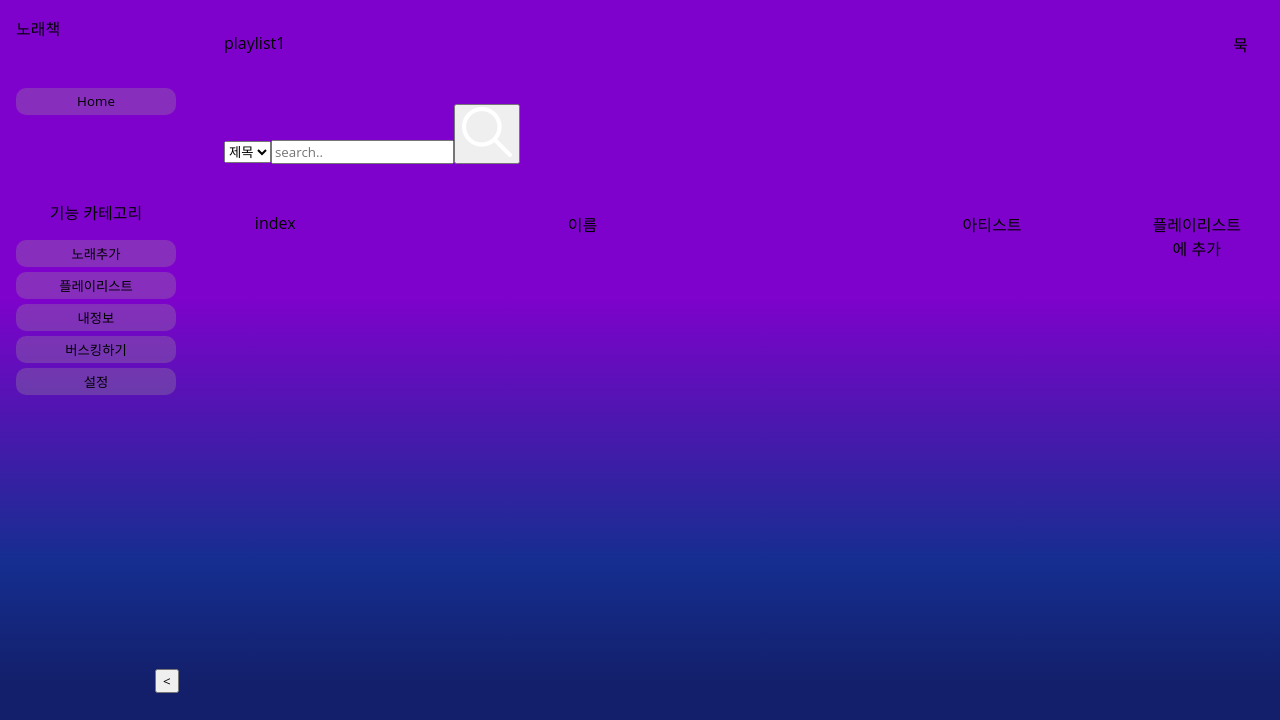
Repository: Unique0902/busking
Page: /app/add
The author's editor kept a copy of each file at every save. The page is drawn from the files as they stood at one save, then again after the next save.
The browser window is 1280 px wide. The pictures show the whole page.
The page's requests for data from a server got no answer. The project was rebuilt for these pictures with package versions that can differ from the ones it lists, and the page was loaded fresh each time. No one was signed in, and anything a server would have sent is missing. Also part of the build but not shown: src/routes/login/login.module.css, src/components/login_header/login_nav.module.css, src/components/login_header/login_nav.jsx, src/components/app_description/app_description.module.css, src/components/app_description/app_description.jsx, src/routes/login/login.jsx, src/routes/app/app_home/app_home.module.css, src/routes/app/app_home/app_home.jsx and 8 more.

Above is the page before, as saved 2022-08-30 14:28:52.

After the next save:
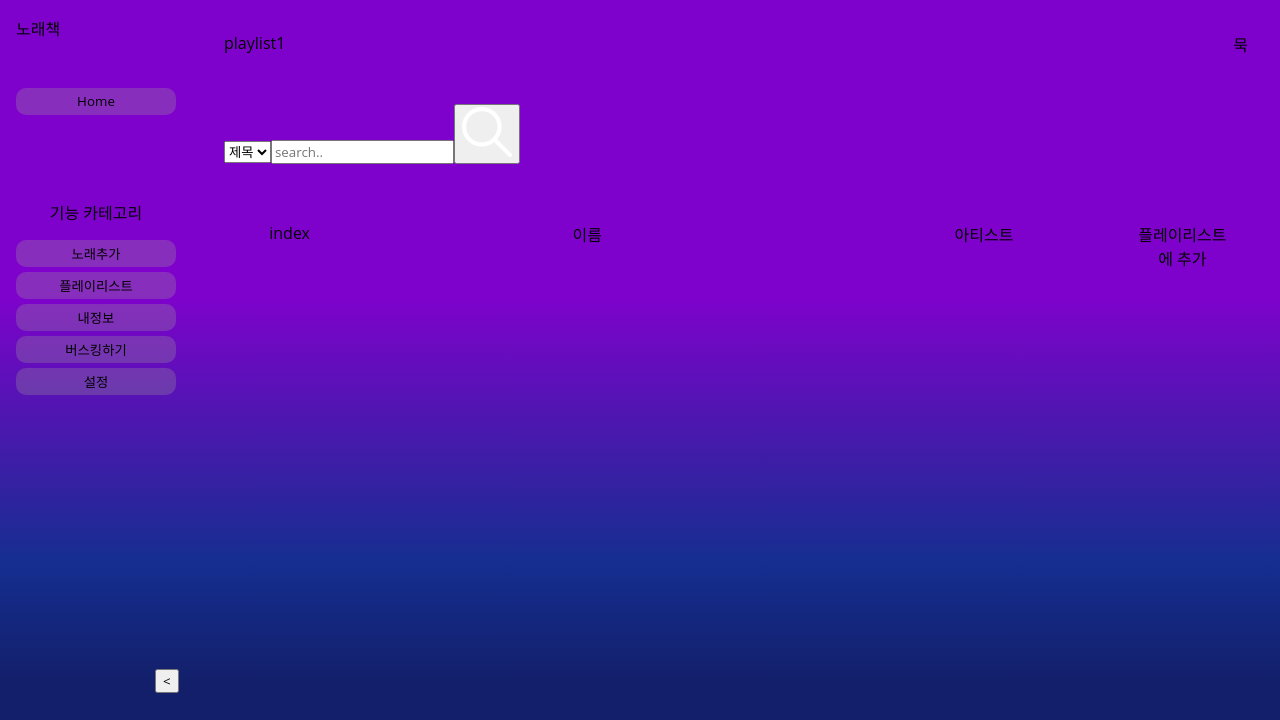
Saved 22 s later.
--- a/src/routes/app/app_add/app_add.module.css
+++ b/src/routes/app/app_add/app_add.module.css
@@ -10,6 +10,7 @@
   flex-direction: row;
   justify-content: space-between;
   text-align: center;
+  padding: 0.6em 1em;
 }
 .index {
   flex-basis: 10%;
